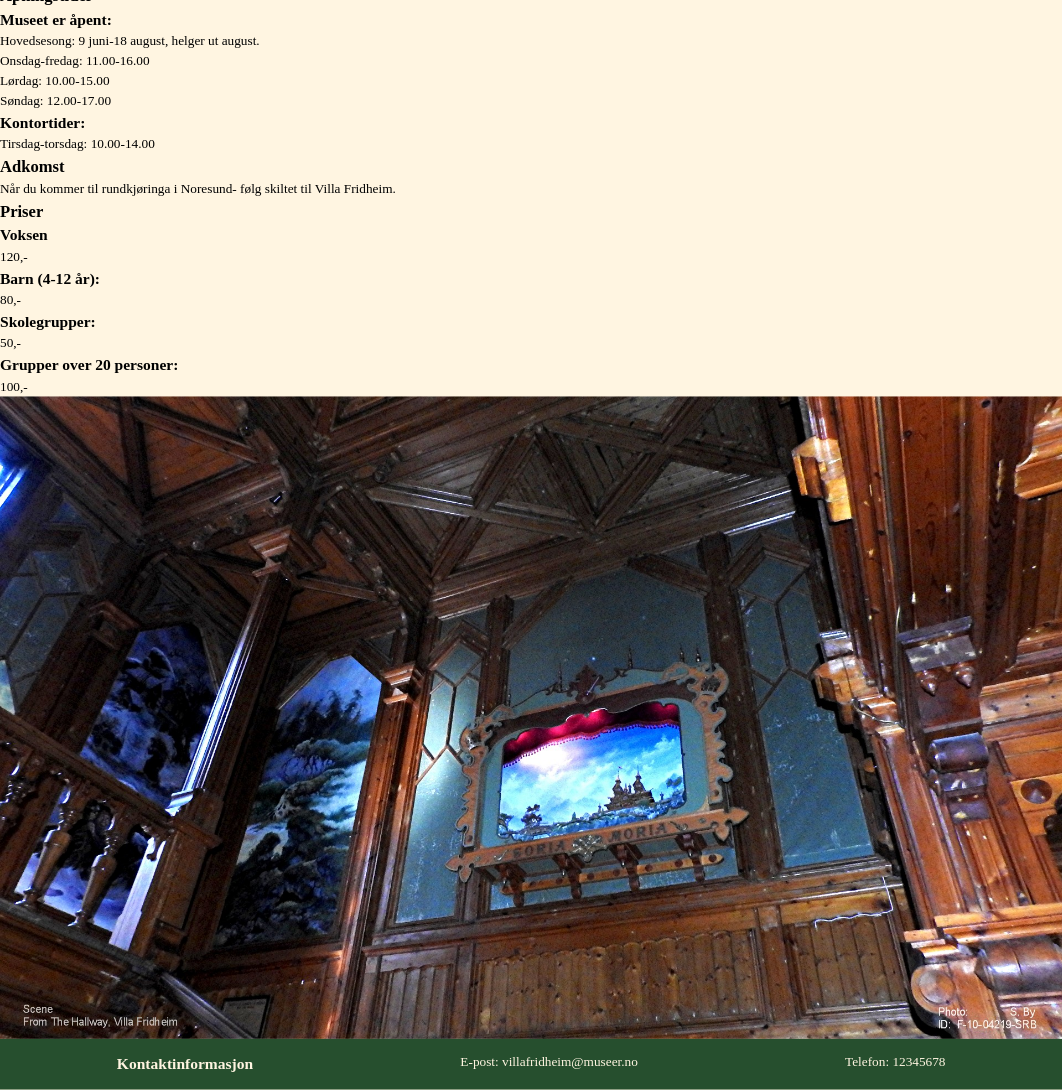
Repository: IdaHolmen/villa-fridheim
Page: src/info.html
An editor plug-in stored every save of this project. The page is shown before and after the next save, followed by the edit.
The browser window is 1280 px wide. The pictures show the part of the page from y = 484 to 1822 px (the page is 1797 px tall before and 1822 px after), at 83% of full size.
A picture or video elsewhere on the page could not be fetched, so the positions and the page height are approximate. Some web fonts or font styles are not loaded; a fallback is used.

Above is the page before, as saved 2024-10-07 09:59:14.

After the next save:
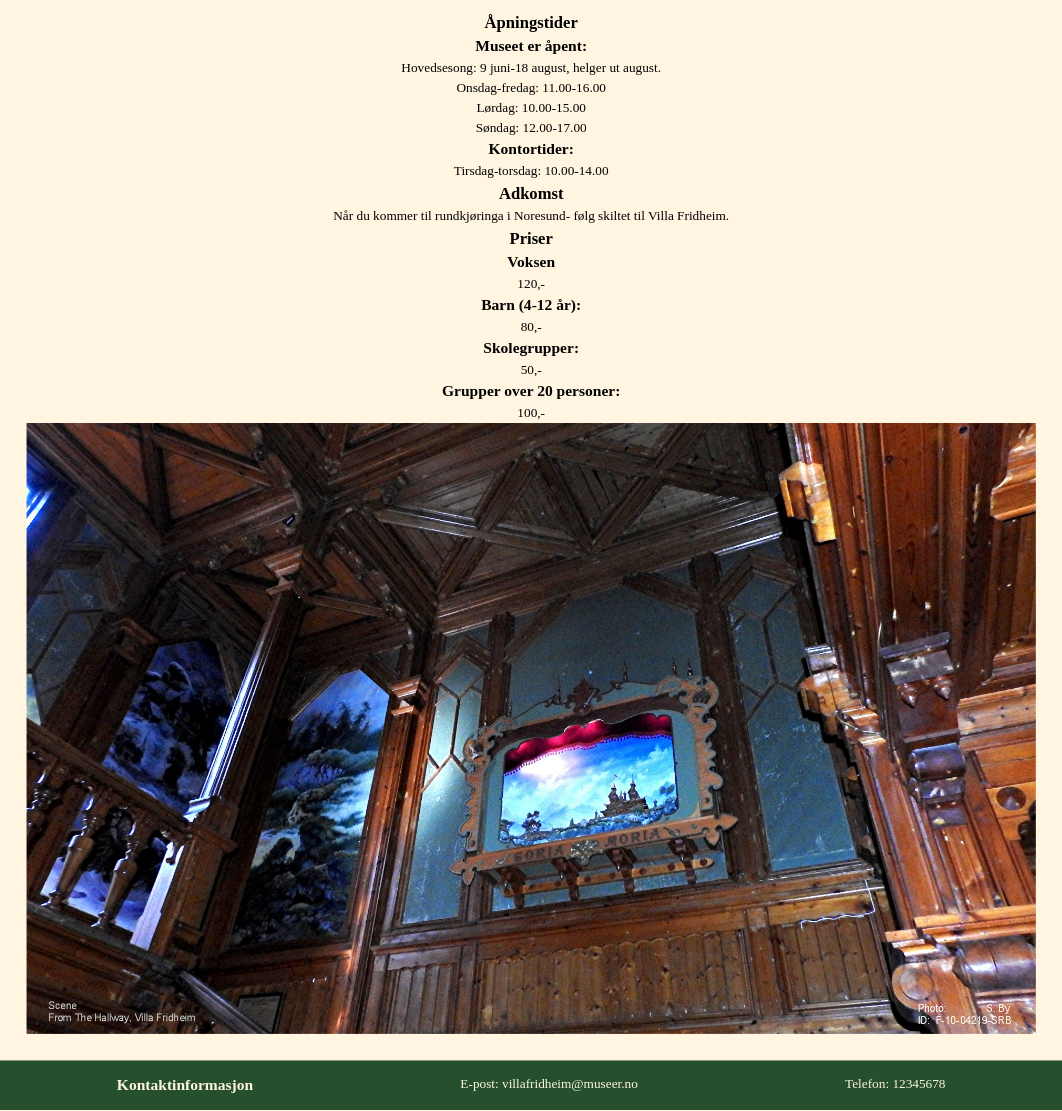
Saved 22 s later.
--- a/src/info.html
+++ b/src/info.html
@@ -23,7 +23,7 @@
             </nav>
         </header>
 
-        <main>
+        <main class="main-container">
             <div class="info-text-container">
                 <section class="opening-hours-section">
                     <h2 class="section-headline">Åpningstider</h2>

After the save that followed:
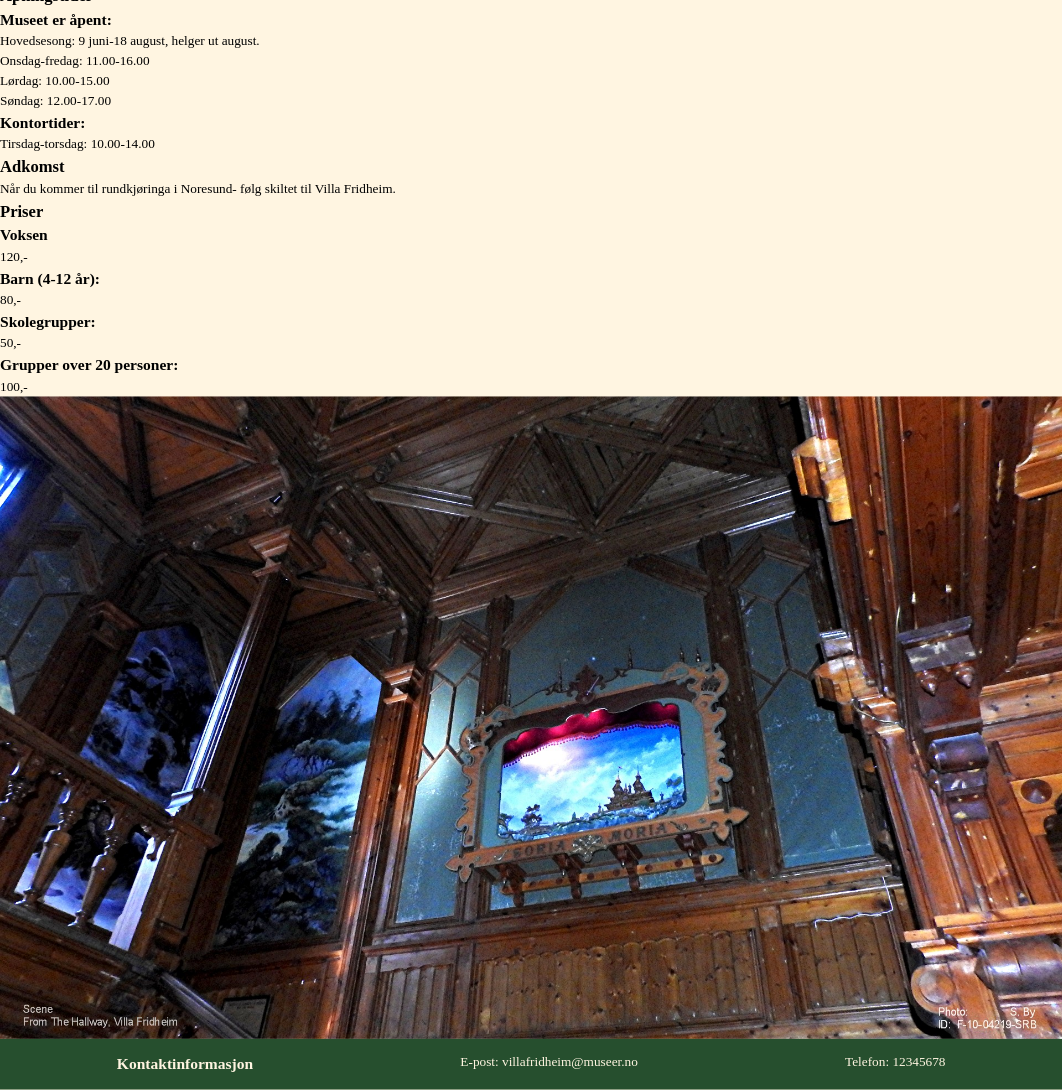
Saved 24 s later.
--- a/src/info.html
+++ b/src/info.html
@@ -23,7 +23,7 @@
             </nav>
         </header>
 
-        <main class="main-container">
+        <main class="main-info-container">
             <div class="info-text-container">
                 <section class="opening-hours-section">
                     <h2 class="section-headline">Åpningstider</h2>
